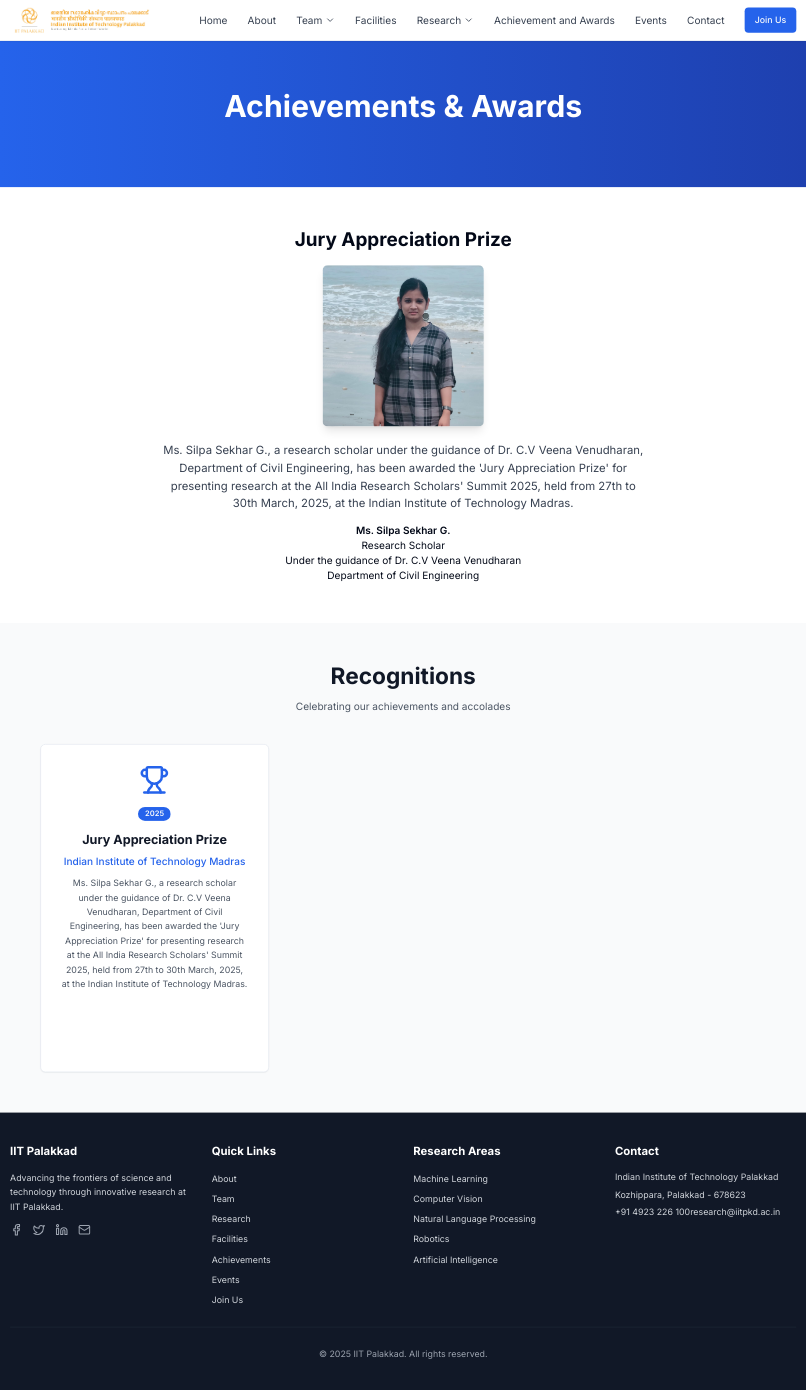
Repository: Gopikrish-30/ARISE
Page: /achievements
The author's editor kept a copy of each file at every save. The page is drawn from the files as they stood at one save, then again after a run of saves.
The browser window is 1280 px wide. The pictures show the whole page, at 63% of full size.
The project was rebuilt for these pictures with package versions that can differ from the ones it lists, and the page was loaded fresh each time. The framework's server and built-in components were replaced by stand-ins that run in the browser. Also part of the build but not shown: next.config.mjs.

Above is the page before, as saved 2025-06-29 18:32:15.

### app/layout.tsx
import type React from "react"
import type { Metadata } from "next"
import { Inter } from "next/font/google"
import "./globals.css"
import { Navbar } from "@/components/navbar"
import { Footer } from "@/components/footer"

const inter = Inter({ subsets: ["latin"] })

export const metadata: Metadata = {
  title: "IIT Palakkad - Department Showcase",
  description: "Advancing the frontiers of science and technology through innovative research at IIT Palakkad",
}

export default function RootLayout({
  children,
}: {
  children: React.ReactNode
}) {
  return (
    <html lang="en">
      <body className={inter.className}>
        <Navbar />
        <main className="min-h-screen">{children}</main>
        <Footer />
      </body>
    </html>
  )
}

### app/achievements/page.tsx
"use client"

import Image from "next/image"
import { Recognitions } from "@/components/recognitions"

export default function AchievementsPage() {
  const achievement = {
    title: "Jury Appreciation Prize",
    description: `Ms. Silpa Sekhar G., a research scholar under the guidance of Dr. C.V Veena Venudharan, Department of Civil Engineering, has been awarded the 'Jury Appreciation Prize' for presenting research at the All India Research Scholars' Summit 2025, held from 27th to 30th March, 2025, at the Indian Institute of Technology Madras.`,
    imageSrc: "/Profile Photos/Silpa.jpg",
    imageAlt: "Ms. Silpa Sekhar G.",
  }

  return (
    <div className="bg-white min-h-screen">
      {/* Hero Section */}
      <section className="bg-gradient-to-r from-blue-600 to-blue-800 text-white py-20">
        <div className="container mx-auto px-4 text-center">
          <h1 className="text-4xl md:text-5xl font-bold mb-6">Achievements & Awards</h1>
        </div>
      </section>

      {/* Single Achievement Section */}
      <section className="py-16">
        <div className="container mx-auto px-4 flex flex-col items-center text-center">
          <h2 className="text-3xl font-bold mb-6">{achievement.title}</h2>
          <div className="w-64 h-64 mb-6 relative rounded-lg overflow-hidden shadow-lg">
            <Image
              src={achievement.imageSrc}
              alt={achievement.imageAlt}
              fill
              style={{ objectFit: "cover" }}
              priority
            />
          </div>
          <p className="max-w-3xl text-lg text-gray-700">{achievement.description}</p>
          <p className="mt-4 font-semibold">Ms. Silpa Sekhar G.</p>
          <p>Research Scholar</p>
          <p>Under the guidance of Dr. C.V Veena Venudharan</p>
          <p>Department of Civil Engineering</p>
        </div>
      </section>

      {/* Achievements Grid Section */}
      <Recognitions />
    </div>
  )
}

### app/globals.css
@tailwind base;
@tailwind components;
@tailwind utilities;

@layer base {
  :root {
    --background: 0 0% 100%;
    --foreground: 222.2 84% 4.9%;
    --card: 0 0% 100%;
    --card-foreground: 222.2 84% 4.9%;
    --popover: 0 0% 100%;
    --popover-foreground: 222.2 84% 4.9%;
    --primary: 221.2 83.2% 53.3%;
    --primary-foreground: 210 40% 98%;
    --secondary: 210 40% 96%;
    --secondary-foreground: 222.2 84% 4.9%;
    --muted: 210 40% 96%;
    --muted-foreground: 215.4 16.3% 46.9%;
    --accent: 210 40% 96%;
    --accent-foreground: 222.2 84% 4.9%;
    --destructive: 0 84.2% 60.2%;
    --destructive-foreground: 210 40% 98%;
    --border: 214.3 31.8% 91.4%;
    --input: 214.3 31.8% 91.4%;
    --ring: 221.2 83.2% 53.3%;
    --radius: 0.5rem;
  }

  .dark {
    --background: 222.2 84% 4.9%;
    --foreground: 210 40% 98%;
    --card: 222.2 84% 4.9%;
    --card-foreground: 210 40% 98%;
    --popover: 222.2 84% 4.9%;
    --popover-foreground: 210 40% 98%;
    --primary: 217.2 91.2% 59.8%;
    --primary-foreground: 222.2 84% 4.9%;
    --secondary: 217.2 32.6% 17.5%;
    --secondary-foreground: 210 40% 98%;
    --muted: 217.2 32.6% 17.5%;
    --muted-foreground: 215 20.2% 65.1%;
    --accent: 217.2 32.6% 17.5%;
    --accent-foreground: 210 40% 98%;
    --destructive: 0 62.8% 30.6%;
    --destructive-foreground: 210 40% 98%;
    --border: 217.2 32.6% 17.5%;
    --input: 217.2 32.6% 17.5%;
    --ring: 224.3 76.3% 94.1%;
  }
}

@layer base {
  * {
    @apply border-border;
  }
  body {
    @apply bg-background text-foreground;
  }
}

@layer utilities {
  .line-clamp-3 {
    display: -webkit-box;
    -webkit-line-clamp: 3;
    -webkit-box-orient: vertical;
    overflow: hidden;
  }
}

### components/footer.tsx
"use client"

import Link from "next/link"
import { Facebook, Twitter, Linkedin, Mail } from "lucide-react"

export function Footer() {
  const handleSocialClick = (platform: string) => {
    const socialLinks = {
      facebook: "https://facebook.com/iitpalakkad",
      twitter: "https://twitter.com/iitpalakkad",
      linkedin: "https://linkedin.com/school/iit-palakkad",
      email: "mailto:info@iitpkd.ac.in",
    }

    if (platform === "email") {
      window.location.href = socialLinks.email
    } else {
      window.open(socialLinks[platform], "_blank", "noopener,noreferrer")
    }
  }

  return (
    <footer className="bg-gray-900 text-white">
      <div className="container mx-auto px-4 py-12">
        <div className="grid md:grid-cols-4 gap-8">
          {/* About */}
          <div>
            <h3 className="text-lg font-bold mb-4">IIT Palakkad</h3>
            <p className="text-gray-300 text-sm leading-relaxed mb-4">
              Advancing the frontiers of science and technology through innovative research at IIT Palakkad.
            </p>
            <div className="flex space-x-4">
              <Facebook
                className="w-5 h-5 text-gray-400 hover:text-white cursor-pointer transition-colors"
                onClick={() => handleSocialClick("facebook")}
              />
              <Twitter
                className="w-5 h-5 text-gray-400 hover:text-white cursor-pointer transition-colors"
                onClick={() => handleSocialClick("twitter")}
              />
              <Linkedin
                className="w-5 h-5 text-gray-400 hover:text-white cursor-pointer transition-colors"
                onClick={() => handleSocialClick("linkedin")}
              />
              <Mail
                className="w-5 h-5 text-gray-400 hover:text-white cursor-pointer transition-colors"
                onClick={() => handleSocialClick("email")}
              />
            </div>
          </div>

          {/* Quick Links */}
          <div>
            <h3 className="text-lg font-bold mb-4">Quick Links</h3>
            <ul className="space-y-2">
              <li>
                <Link href="/about" className="text-gray-300 hover:text-white text-sm">
                  About
                </Link>
              </li>
              <li>
                <Link href="/team" className="text-gray-300 hover:text-white text-sm">
                  Team
                </Link>
              </li>
              <li>
                <Link href="/research" className="text-gray-300 hover:text-white text-sm">
                  Research
                </Link>
              </li>
              <li>
                <Link href="/facilities" className="text-gray-300 hover:text-white text-sm">
                  Facilities
                </Link>
              </li>
              <li>
                <Link href="/achievements" className="text-gray-300 hover:text-white text-sm">
                  Achievements
                </Link>
              </li>
              <li>
                <Link href="/events" className="text-gray-300 hover:text-white text-sm">
                  Events
                </Link>
              </li>
              <li>
                <Link href="/join-us" className="text-gray-300 hover:text-white text-sm">
                  Join Us
                </Link>
              </li>
            </ul>
          </div>

          {/* Research Areas */}
          <div>
            <h3 className="text-lg font-bold mb-4">Research Areas</h3>
            <ul className="space-y-2">
              <li>
                <span className="text-gray-300 text-sm">Machine Learning</span>
              </li>
              <li>
                <span className="text-gray-300 text-sm">Computer Vision</span>
              </li>
              <li>
                <span className="text-gray-300 text-sm">Natural Language Processing</span>
              </li>
              <li>
                <span className="text-gray-300 text-sm">Robotics</span>
              </li>
              <li>
                <span className="text-gray-300 text-sm">Artificial Intelligence</span>
              </li>
            </ul>
          </div>

          {/* Contact */}
          <div>
            <h3 className="text-lg font-bold mb-4">Contact</h3>
            <div className="space-y-2 text-sm text-gray-300">
              <p>Indian Institute of Technology Palakkad</p>
              <p>Kozhippara, Palakkad - 678623</p>
              <button
                onClick={() => (window.location.href = "tel:+914923226100")}
                className="hover:text-white transition-colors cursor-pointer"
              >
                +91 4923 226 100
              </button>
              <button
                onClick={() => (window.location.href = "mailto:research@iitpkd.ac.in")}
                className="hover:text-white transition-colors cursor-pointer"
              >
                research@iitpkd.ac.in
              </button>
            </div>
          </div>
        </div>

        <div className="border-t border-gray-800 mt-8 pt-8 text-center">
          <p className="text-gray-400 text-sm">© {new Date().getFullYear()} IIT Palakkad. All rights reserved.</p>
        </div>
      </div>
    </footer>
  )
}

### components/recognitions.tsx
"use client"

import { Card, CardContent } from "@/components/ui/card"
import { Badge } from "@/components/ui/badge"
import { Award, Trophy, Medal } from "lucide-react"
import { Button } from "@/components/ui/button"

export function Recognitions() {
  const recognitions = [
    {
      title: "Jury Appreciation Prize",
      organization: "Indian Institute of Technology Madras",
      year: "2025",
      description: "Ms. Silpa Sekhar G., a research scholar under the guidance of Dr. C.V Veena Venudharan, Department of Civil Engineering, has been awarded the 'Jury Appreciation Prize' for presenting research at the All India Research Scholars' Summit 2025, held from 27th to 30th March, 2025, at the Indian Institute of Technology Madras.",
      icon: Trophy,
      extraInfo: [
        "Ms. Silpa Sekhar G.",
        "Research Scholar",
        "Under the guidance of Dr. C.V Veena Venudharan",
        "Department of Civil Engineering",
      ],
    },
  ]

  const handleRecognitionClick = (recognition: any) => {
    // Navigate to achievements page with specific recognition
    window.location.href = "/achievements"
  }

  const handleViewCertificate = (recognition: any) => {
    // Open certificate or award details
    window.open(`/certificates/${recognition.title.toLowerCase().replace(/\s+/g, "-")}.pdf`, "_blank")
  }

  return (
    <section className="py-16 bg-gray-50">
      <div className="container mx-auto px-4">
        <div className="text-center mb-12">
          <h2 className="text-3xl md:text-4xl font-bold text-gray-900 mb-4">Recognitions</h2>
          <p className="text-gray-600">Celebrating our achievements and accolades</p>
        </div>

        <div className="grid md:grid-cols-3 gap-8 max-w-6xl mx-auto">
          {recognitions.map((recognition, index) => (
            <Card
              key={index}
              className="text-center hover:shadow-lg transition-shadow cursor-pointer group"
              onClick={() => handleRecognitionClick(recognition)}
            >
              <CardContent className="p-8">
                <recognition.icon className="w-12 h-12 text-blue-600 mx-auto mb-4" />
                <Badge className="mb-4">{recognition.year}</Badge>
                <h3 className="text-xl font-bold text-gray-900 mb-2">{recognition.title}</h3>
                <p className="text-blue-600 font-medium mb-3">{recognition.organization}</p>
                <p className="text-gray-600 text-sm leading-relaxed">{recognition.description}</p>
                <div className="mt-4 space-y-2 opacity-0 group-hover:opacity-100 transition-opacity">
                  <Button
                    size="sm"
                    className="w-full bg-blue-600 hover:bg-blue-700"
                    onClick={(e) => {
                      e.stopPropagation()
                      handleViewCertificate(recognition)
                    }}
                  >
                    View Certificate
                  </Button>
                  <Button
                    size="sm"
                    variant="outline"
                    className="w-full"
                    onClick={(e) => {
                      e.stopPropagation()
                      handleRecognitionClick(recognition)
                    }}
                  >
                    Learn More
                  </Button>
                </div>
              </CardContent>
            </Card>
          ))}
        </div>
      </div>
    </section>
  )
}

### components/ui/button.tsx
import * as React from "react"
import { Slot } from "@radix-ui/react-slot"
import { cva, type VariantProps } from "class-variance-authority"

import { cn } from "@/lib/utils"

const buttonVariants = cva(
  "inline-flex items-center justify-center gap-2 whitespace-nowrap rounded-md text-sm font-medium ring-offset-background transition-colors focus-visible:outline-none focus-visible:ring-2 focus-visible:ring-ring focus-visible:ring-offset-2 disabled:pointer-events-none disabled:opacity-50 [&_svg]:pointer-events-none [&_svg]:size-4 [&_svg]:shrink-0",
  {
    variants: {
      variant: {
        default: "bg-primary text-primary-foreground hover:bg-primary/90",
        destructive:
          "bg-destructive text-destructive-foreground hover:bg-destructive/90",
        outline:
          "border border-input bg-background hover:bg-accent hover:text-accent-foreground",
        secondary:
          "bg-secondary text-secondary-foreground hover:bg-secondary/80",
        ghost: "hover:bg-accent hover:text-accent-foreground",
        link: "text-primary underline-offset-4 hover:underline",
      },
      size: {
        default: "h-10 px-4 py-2",
        sm: "h-9 rounded-md px-3",
        lg: "h-11 rounded-md px-8",
        icon: "h-10 w-10",
      },
    },
    defaultVariants: {
      variant: "default",
      size: "default",
    },
  }
)

export interface ButtonProps
  extends React.ButtonHTMLAttributes<HTMLButtonElement>,
    VariantProps<typeof buttonVariants> {
  asChild?: boolean
}

const Button = React.forwardRef<HTMLButtonElement, ButtonProps>(
  ({ className, variant, size, asChild = false, ...props }, ref) => {
    const Comp = asChild ? Slot : "button"
    return (
      <Comp
        className={cn(buttonVariants({ variant, size, className }))}
        ref={ref}
        {...props}
      />
    )
  }
)
Button.displayName = "Button"

export { Button, buttonVariants }

### components/ui/card.tsx
import * as React from "react"

import { cn } from "@/lib/utils"

const Card = React.forwardRef<
  HTMLDivElement,
  React.HTMLAttributes<HTMLDivElement>
>(({ className, ...props }, ref) => (
  <div
    ref={ref}
    className={cn(
      "rounded-lg border bg-card text-card-foreground shadow-sm",
      className
    )}
    {...props}
  />
))
Card.displayName = "Card"

const CardHeader = React.forwardRef<
  HTMLDivElement,
  React.HTMLAttributes<HTMLDivElement>
>(({ className, ...props }, ref) => (
  <div
    ref={ref}
    className={cn("flex flex-col space-y-1.5 p-6", className)}
    {...props}
  />
))
CardHeader.displayName = "CardHeader"

const CardTitle = React.forwardRef<
  HTMLDivElement,
  React.HTMLAttributes<HTMLDivElement>
>(({ className, ...props }, ref) => (
  <div
    ref={ref}
    className={cn(
      "text-2xl font-semibold leading-none tracking-tight",
      className
    )}
    {...props}
  />
))
CardTitle.displayName = "CardTitle"

const CardDescription = React.forwardRef<
  HTMLDivElement,
  React.HTMLAttributes<HTMLDivElement>
>(({ className, ...props }, ref) => (
  <div
    ref={ref}
    className={cn("text-sm text-muted-foreground", className)}
    {...props}
  />
))
CardDescription.displayName = "CardDescription"

const CardContent = React.forwardRef<
  HTMLDivElement,
  React.HTMLAttributes<HTMLDivElement>
>(({ className, ...props }, ref) => (
  <div ref={ref} className={cn("p-6 pt-0", className)} {...props} />
))
CardContent.displayName = "CardContent"

const CardFooter = React.forwardRef<
  HTMLDivElement,
  React.HTMLAttributes<HTMLDivElement>
>(({ className, ...props }, ref) => (
  <div
    ref={ref}
    className={cn("flex items-center p-6 pt-0", className)}
    {...props}
  />
))
CardFooter.displayName = "CardFooter"

export { Card, CardHeader, CardFooter, CardTitle, CardDescription, CardContent }

### components/ui/badge.tsx
import * as React from "react"
import { cva, type VariantProps } from "class-variance-authority"

import { cn } from "@/lib/utils"

const badgeVariants = cva(
  "inline-flex items-center rounded-full border px-2.5 py-0.5 text-xs font-semibold transition-colors focus:outline-none focus:ring-2 focus:ring-ring focus:ring-offset-2",
  {
    variants: {
      variant: {
        default:
          "border-transparent bg-primary text-primary-foreground hover:bg-primary/80",
        secondary:
          "border-transparent bg-secondary text-secondary-foreground hover:bg-secondary/80",
        destructive:
          "border-transparent bg-destructive text-destructive-foreground hover:bg-destructive/80",
        outline: "text-foreground",
      },
    },
    defaultVariants: {
      variant: "default",
    },
  }
)

export interface BadgeProps
  extends React.HTMLAttributes<HTMLDivElement>,
    VariantProps<typeof badgeVariants> {}

function Badge({ className, variant, ...props }: BadgeProps) {
  return (
    <div className={cn(badgeVariants({ variant }), className)} {...props} />
  )
}

export { Badge, badgeVariants }

Loaded but not shown: lib/utils.ts (common file); tailwind.config.ts (common file); components/ui/dropdown-menu.tsx (200 lines, source omitted); components/navbar.tsx (125 lines, source omitted)

After the next 4 saves:
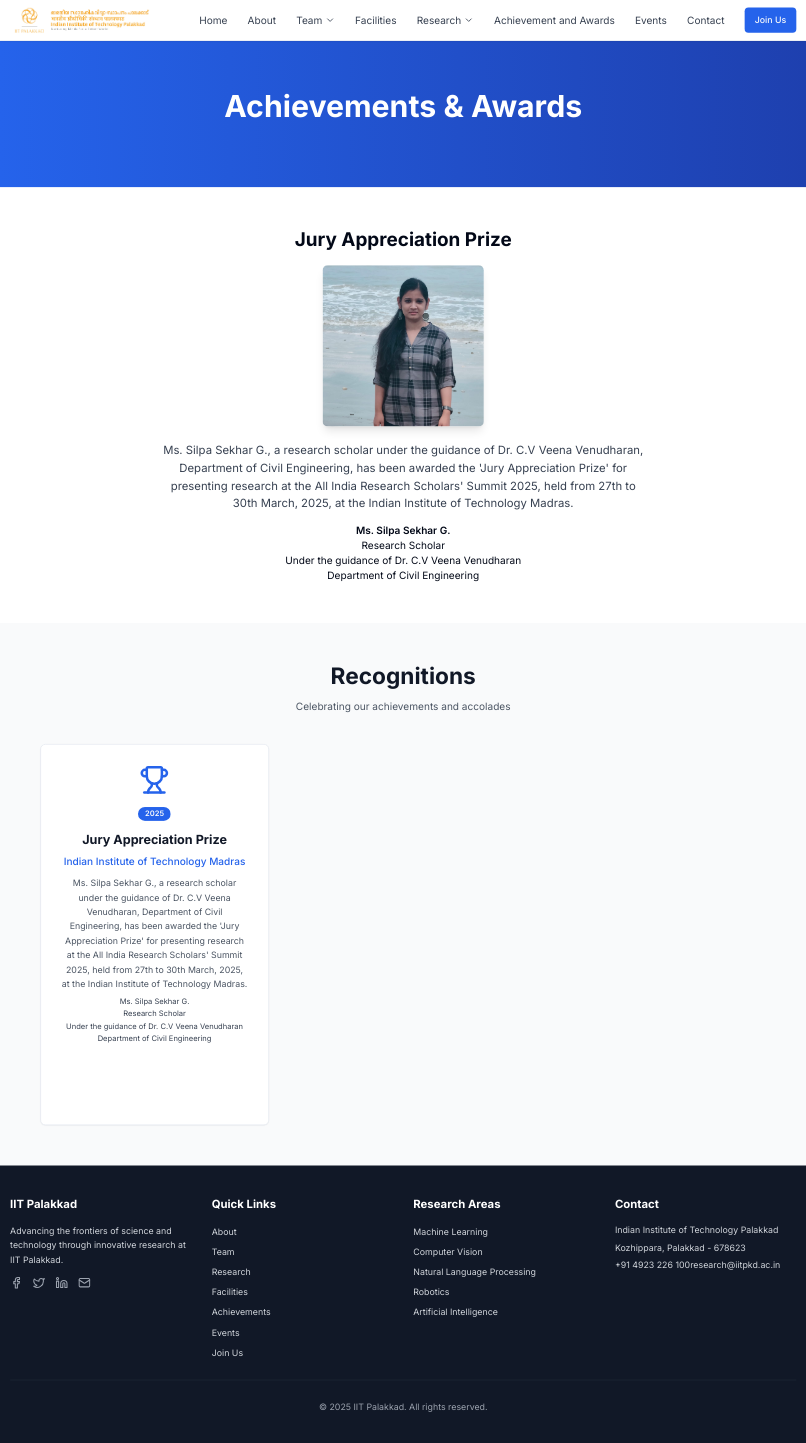
The 4 saves are shown as one change because they came seconds apart.
The last was saved 44 s later.
--- a/components/recognitions.tsx
+++ b/components/recognitions.tsx
@@ -53,6 +53,13 @@
                 <h3 className="text-xl font-bold text-gray-900 mb-2">{recognition.title}</h3>
                 <p className="text-blue-600 font-medium mb-3">{recognition.organization}</p>
                 <p className="text-gray-600 text-sm leading-relaxed">{recognition.description}</p>
+                {recognition.extraInfo && (
+                  <ul className="text-gray-700 text-xs mt-2 space-y-1">
+                    {recognition.extraInfo.map((info, idx) => (
+                      <li key={idx}>{info}</li>
+                    ))}
+                  </ul>
+                )}
                 <div className="mt-4 space-y-2 opacity-0 group-hover:opacity-100 transition-opacity">
                   <Button
                     size="sm"
